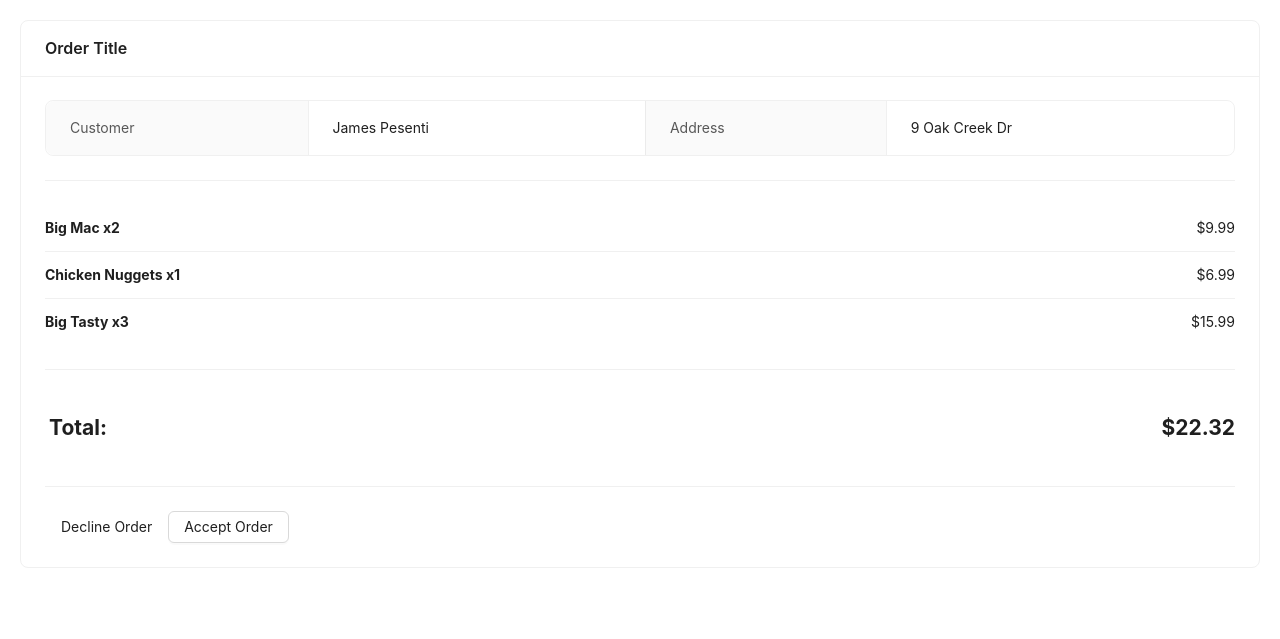
Repository: JamesPesenti/UberEatsDashboard
Page: /
The author's editor kept a copy of each file at every save. The page is drawn from the files as they stood at one save, then again after the next save.
The browser window is 1280 px wide. The pictures show the whole page.
The project was rebuilt for these pictures with package versions that can differ from the ones it lists, and the page was loaded fresh each time.

Above is the page before, as saved 2023-02-25 07:04:41.

### src/index.js
import React from 'react';
import ReactDOM from 'react-dom/client';
import './index.css';
import App from './App';
// import "antd/dist/antd.css"


const root = ReactDOM.createRoot(document.getElementById('root'));
root.render(
  <React.StrictMode>
    <App />
  </React.StrictMode>
);

### src/App.js
import { Card, Descriptions, Divider, List, Button } from "antd"
import dishes from "../src/data/dishes.json"


function App() {
  return (
    <>
      <Card title={'Order Title'} style={{ margin: 20, marginVertical: 50}}>
        <Descriptions bordered column={{lg: 1, md: 1, sm: 1}}>
          <Descriptions.Item label="Customer">James Pesenti</Descriptions.Item>
          <Descriptions.Item label="Address">9 Oak Creek Dr</Descriptions.Item>
        </Descriptions>
        <Divider />
        <List
          dataSource={dishes}
          renderItem={(dishItem) => (
            <List.Item>
              <div style={{fontWeight: "bold"}}>{dishItem.name} x{dishItem.quantity}</div>
              <div>${dishItem.price}</div>
            </List.Item>
          )}
        />
        <Divider />
        <div style={styles.totalContainer}>
          <h2>Total:</h2>
          <h2 style={styles.totalPrice}>$22.32 </h2>
        </div>
        <Divider />
        <div style={styles.buttonContainer}>
            <Button type="danger">
              Decline Order
            </Button>
            <Button>
              Accept Order
            </Button>
        </div>
      </Card>
    </>
  );
}

const styles = {
  totalContainer: {
    flexDirection: "row",
    display: "flex",
    paddingLeft: 4
  },
  totalPrice: {
    marginLeft: "auto",
    fontWeight: "bold"
  },
  buttonContainer: {},
}

export default App;

Loaded but not shown: public/index.html (common file); src/index.css (common file); src/data/dishes.json (common file)

After the next save:
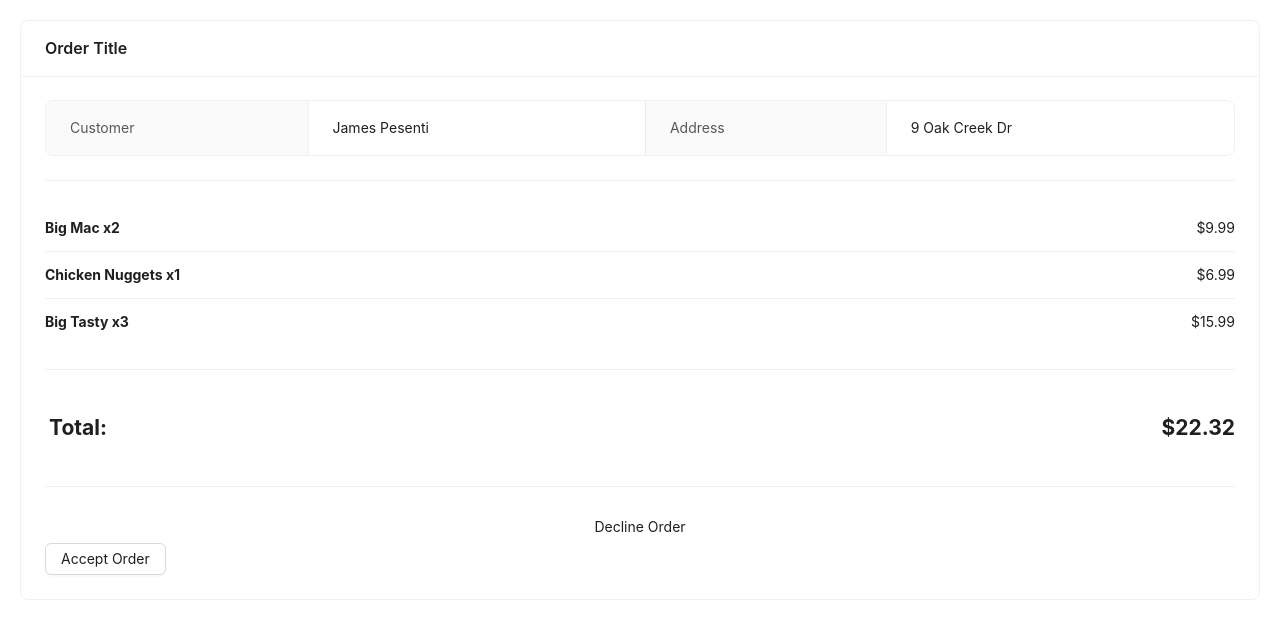
Saved 8 s later.
--- a/src/App.js
+++ b/src/App.js
@@ -27,7 +27,7 @@ function App() {
         </div>
         <Divider />
         <div style={styles.buttonContainer}>
-            <Button type="danger">
+            <Button block type="danger">
               Decline Order
             </Button>
             <Button>
